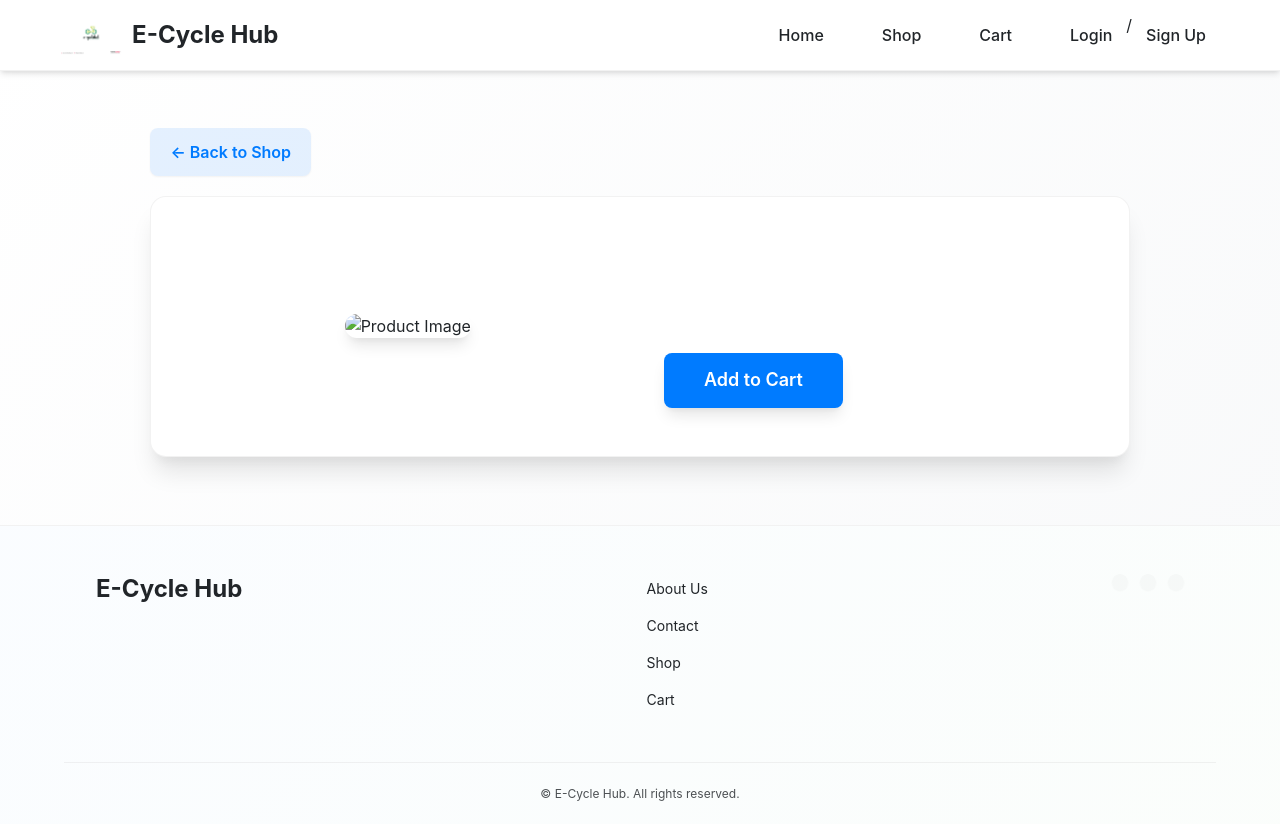
Repository: Rutuja-g/E-Cycle-Hub
Page: public/product.html
These files come from the project's save history. The page is drawn as it stood at one moment and after the next save; the edit follows.
The browser window is 1280 px wide. The pictures show the whole page.

Above is the page before, as saved 2025-10-26 00:06:22.
Console error: ReferenceError: Utils is not defined

After the next save:
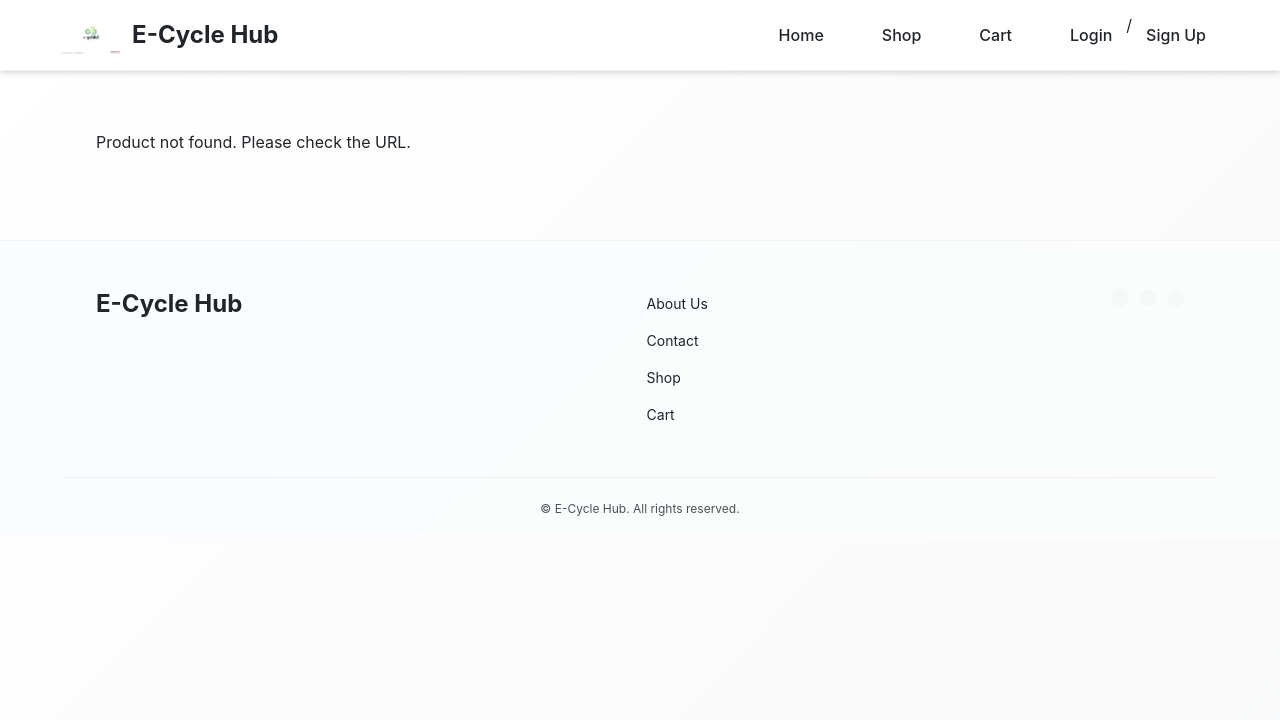
The error is gone.
Saved 30 s later.
--- a/public/js/product-details.js
+++ b/public/js/product-details.js
@@ -1,15 +1,39 @@
-/*
-  product-details.js
-  - Loads product by ID from URL query param
-  - Populates image, name, price, description
-  - "Add to Cart" button adds to localStorage 'ecycle_cart'
-*/
+// product-details.js - Handles product details page
 
 (function () {
   const STORAGE_KEY = "ecycle_products";
 
-  // Use shared utils
-  const { getCart, saveCart, showToast } = Utils;
+  // Duplicate utility functions from utils.js (messy)
+  function getCart() {
+    try {
+      const storedCart = localStorage.getItem("ecycle_cart");
+      const cart = storedCart ? JSON.parse(storedCart) : [];
+      if (!Array.isArray(cart)) {
+        return [];
+      }
+      return cart;
+    } catch (error) {
+      return [];
+    }
+  }
+
+  function saveCart(cart) {
+    try {
+      localStorage.setItem("ecycle_cart", JSON.stringify(cart));
+    } catch (error) {
+      // Error handled silently
+    }
+  }
+
+  function showToast(message, duration = 3000) {
+    const toast = document.createElement("div");
+    toast.className = "toast";
+    toast.textContent = message;
+    document.body.appendChild(toast);
+    setTimeout(() => {
+      toast.remove();
+    }, duration);
+  }
 
   // Load products from localStorage or fetch from JSON
   async function loadProducts() {
